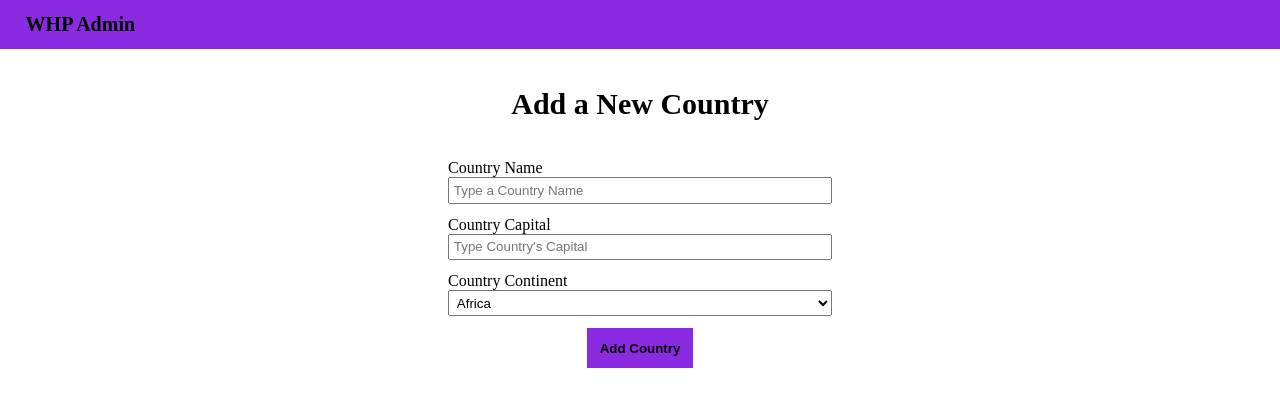
Repository: sabinaPetrisor/World_Hour_Project
Page: http://localhost/WorldHourProject/jsp/add-country.jsp
These files come from the project's save history. The page is drawn as it stood at one moment and after the next save; the edit follows.
The browser window is 1280 px wide. The pictures show the whole page.
The page is served by Tomcat 9. Other server files are loaded and not shown.

Above is the page before, as saved 2023-08-04 13:05:33.

### WorldHourProject/src/main/webapp/jsp/add-country.jsp
<%@ page language="java" contentType="text/html; charset=UTF-8"
    pageEncoding="UTF-8"%>
<!DOCTYPE html>
<html>
<head>
	<meta name="viewport" content="width=device-width, initial-scale=1" charset="UTF-8">
	<title>World Hour Project Add Country</title>
	<style> <%@include file="../css/navbar.css" %> </style>
	<style> <%@include file="../css/admin.css" %> </style>
	<style> <%@include file="../css/add-page-admin.css" %> </style>
</head>
<body>
	<%@include file="navbar.jsp" %>

	<div class="content-container">
		<p class="content-container-title">Add a New Country</p>
		<div class="add-form-container">
			<form class="add-form">
				<label for="cname">Country Name</label>
				<input type="text" placeholder="Type a Country Name" class="insert-text" id="cname" name="country-name">
				<label for="ccapital">Country Capital</label>
				<input type="text" placeholder="Type Country's Capital" class="insert-text" id="ccapital" name="country-capital">
				<label for="ccontinent">Country Continent</label>
				<select class="option-selection" id="ccontinent" name="country-continent">
					<option value="africa">Africa</option>
					<option value="america">America</option>
					<option value="asia">Asia</option>
					<option value="atlantic">Atlantic</option>
					<option value="australia">Australia</option>
					<option value="europe">Europe</option>
					<option value="indian">Indian</option>
					<option value="pacific">Pacific</option>
				</select>
			</form>
		</div>
		<div class="btn-container">
			<button class="add-button">Add Country</button>
		</div>
	</div>
</body>
</html>

### WorldHourProject/src/main/webapp/css/navbar.css
.header-container {
	position: relative;
	width: 100%;
	background-color: blueviolet;
	display: flex;
}

.header-title {
	padding-top: 1%;
	padding-bottom: 1%;
	margin-left: 2%;
	margin-right: 2%;
}

.home-page-title {
	font-size: 20px;
	font-weight: bold;
	width: auto;
}

.home-page-title:hover {
	color: cadetblue;
	cursor: pointer;
}

### WorldHourProject/src/main/webapp/css/admin.css
@charset "UTF-8";
* {
	margin: 0;
	width: 100%;
}

.content-container {
	margin-top: 3%;
}

.content-container-title {
	text-align: center;
	font-size: 30px;
	font-weight: bold;
	margin-bottom: 3%;
}

.btn-container {
	display: flex;
	justify-content: center;
}

.add-button {
	padding: 1%;
	margin-bottom: 3%;
	background-color: blueviolet;
	border: none;
	text-align: center;
	font-weight: bold;
	width:auto;
	cursor: pointer;
}

.tbl {
	margin: 0 auto;
	border-collapse: collapse;
	table-layout: auto;
	width: auto;

}

.tbl-col-names {
	border: 2px solid blueviolet;
	background-color: blueviolet;
}

.tbl td, .tbl-col-names th {
  border: 1px solid #dddddd;
  text-align: center;
  width: auto;
}

.tbl tr:nth-child(even) {
  background-color: #dddddd;
}

### WorldHourProject/src/main/webapp/css/add-page-admin.css
@charset "UTF-8";
* {
	margin: 0;
	width: 100%;
}

.add-form-container {
	display: flex;
	justify-content: center;
}

.add-form {
	width: 30%;
}

.insert-text, .option-selection {
	margin-bottom: 3%;
	padding: 1%;
	box-sizing: border-box;
	border: 2% solid palevioletred;
}

### WorldHourProject/src/main/webapp/jsp/navbar.jsp
<div class="header-container">
	<div class="header-title">
		<span class="home-page-title">WHP Admin</span>
	</div>
</div>

After the next save:
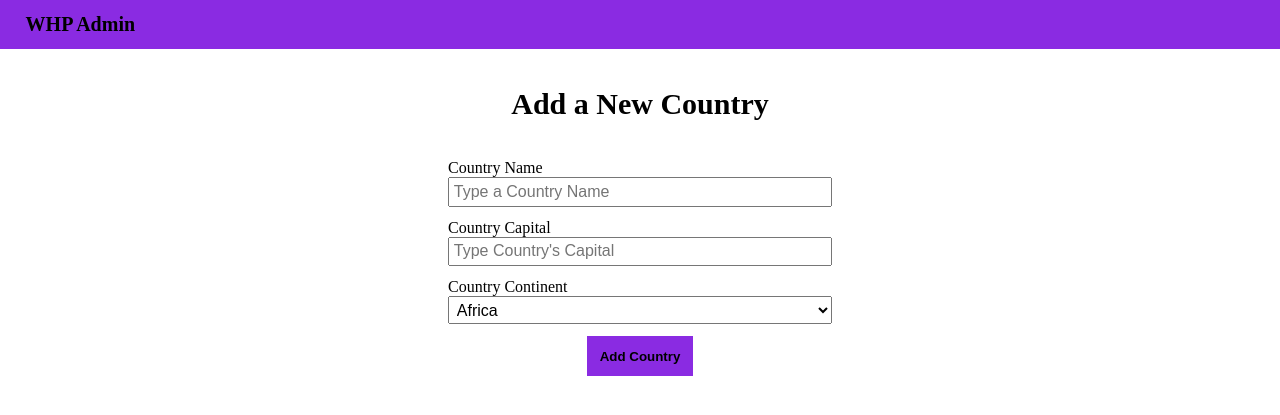
Saved 49 s later.
--- a/WorldHourProject/src/main/webapp/css/add-page-admin.css
+++ b/WorldHourProject/src/main/webapp/css/add-page-admin.css
@@ -18,4 +18,5 @@
 	padding: 1%;
 	box-sizing: border-box;
 	border: 2% solid palevioletred;
+	font-size: 1em;
 }
